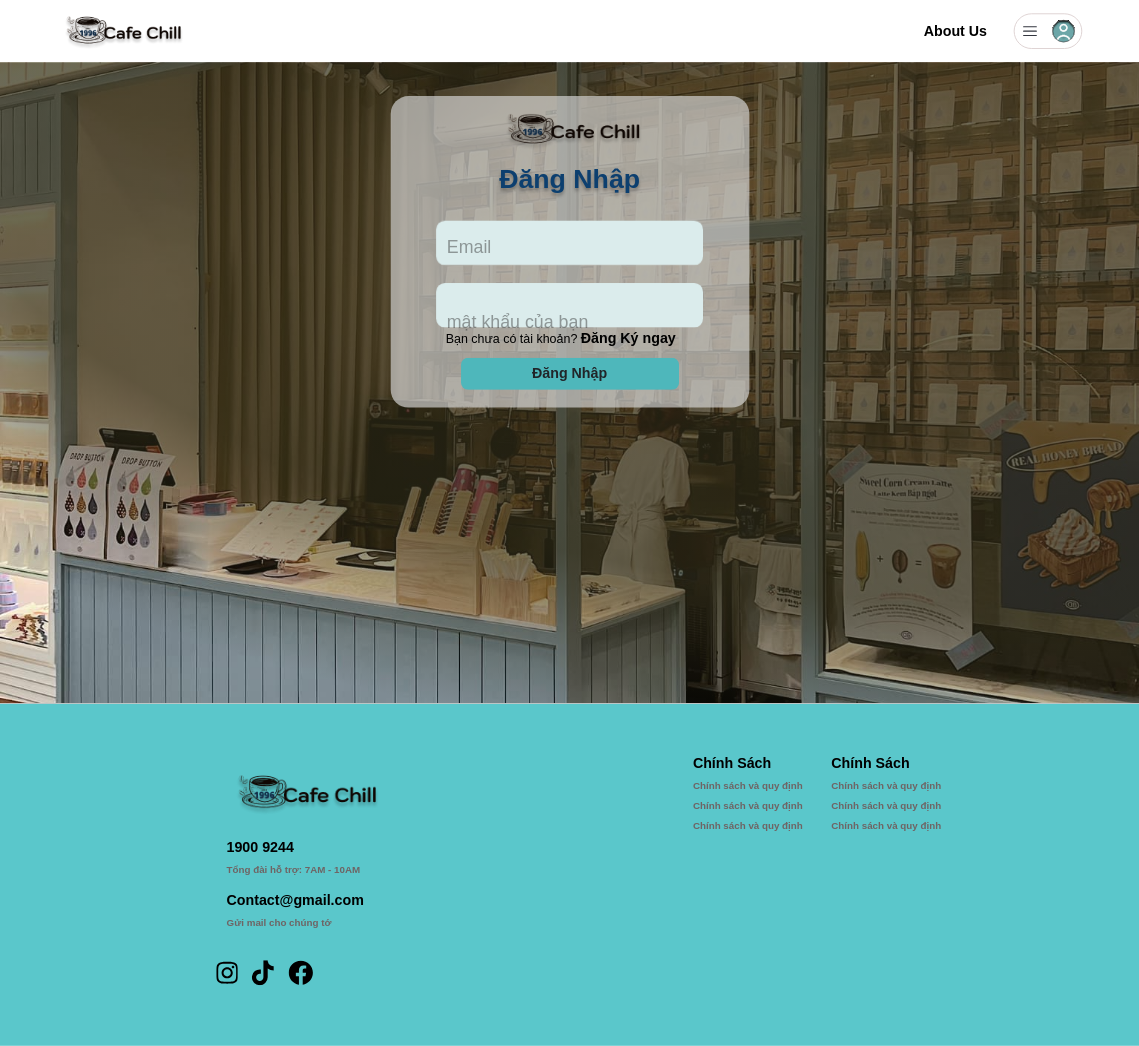
Repository: eriklehnsher/CafeReview-Vue3
Page: /#/login
The author's editor kept a copy of each file at every save. The page is drawn from the files as they stood at one save, then again after the next save.
The browser window is 1280 px wide. The pictures show the whole page, at 89% of full size.
Backgrounds fixed to the window are drawn as part of the page. Some web fonts or font styles are not loaded; a fallback is used. The project was rebuilt for these pictures with package versions that can differ from the ones it lists, and the page was loaded fresh each time. Also part of the build but not shown: vue.config.js, src/HomePage/SearchBox.vue, src/HomePage/ListStores.vue, src/HomePage/LocateStores.vue, src/HomePage/Promos.vue, src/HomePage/HomePage.vue.

Above is the page before, as saved 2023-10-26 19:22:42.

### public/index.html
<!DOCTYPE html>
<html lang="">

<head>
  <meta charset="utf-8">
  <meta http-equiv="X-UA-Compatible" content="IE=edge">
  <meta name="viewport" content="width=device-width,initial-scale=1.0">
  <link rel="icon" href="<%= BASE_URL %>LOGO.ico">
  <link rel="stylesheet" href="https://cdnjs.cloudflare.com/ajax/libs/animate.css/4.1.1/animate.min.css" />
  <title>
   Cafe ChilL
  </title>
</head>

<body>
  <noscript>
    <strong>We're sorry but <%= htmlWebpackPlugin.options.title %> doesn't work properly without JavaScript enabled.
        Please enable it to continue.</strong>
  </noscript>
  <div id="app"></div>
  <!-- built files will be auto injected -->
</body>

</html>

### src/App.vue
<template>
  <Header />

  <router-view class="body__view">

  </router-view>
  <!-- <router-view v-slot="{ Component }" class="body__view">
    <transition

     name="page-slide" mode="out-in"
    >
      <component :is="Component"></component>
    </transition>
  </router-view> -->

  <Footer />
</template>

<script>
import Header from './components/Header.vue'
import "animate.css"
import Footer from './components/Footer.vue'
export default {
  name: 'App',
  components: {
    Header,
    Footer
  }
}
</script>

<style>
@import url('https://fonts.googleapis.com/css2?family=ABeeZee&display=swap');

#app {
  height: auto;
  -webkit-font-smoothing: antialiased;
  -moz-osx-font-smoothing: grayscale;
  font-family: 'ABeeZee', sans-serif;
}
.body__view {
  padding: 38px 28px;
  min-height: calc(100vh - 300px);
}
/* page-fade animation */
.page-opacity-enter-form,
.page-opacity-leave-to {
  opacity: 0;
}

.page-opacity-enter-active,
.page-opacity-leave-active {
  transition: 600ms ease all;
}




/* page-slide animation */
.page-slide-enter-active,
.page-slide-leave-active {
  transition: 400ms ease all;
}
.page-opacity-enter-form,
.page-opacity-leave-to {
  opacity: 0;
  transform: translateY(60px);
}

</style>

### src/assets/scss/index.scss

@import "styles";

// Pages

@import "./Pages/_Header.scss";
@import "./Pages/_HomePage.scss";
@import "./Pages/_Footer.scss";
@import "./pages/LoginPage.scss";
@import "./pages/RegisterPage.scss";

### src/components/Footer.vue
<template>
  <div class="footer">
    <div
      class="footer-container d-flex justify-content-center  align-center"
    >
      <div class="">
        <ul>
          <li><img src="../assets/logo.png" alt="" /></li>
          <li><h2 class="header-footer">1900 9244</h2></li>
          <li>Tổng đài hỗ trợ: 7AM - 10AM</li>
          <li><h2 class="header-footer mt-20px">Contact@gmail.com</h2></li>
          <li>Gửi mail cho chúng tớ</li>
        </ul>

        <div class="p-20px social-icons d-flex gap-3 justify-content-start">
          <svg
            xmlns="http://www.w3.org/2000/svg"
            height="2em"
            viewBox="0 0 448 512"
          >
            <!--! Font Awesome Free 6.4.2 by @fontawesome - https://fontawesome.com License - https://fontawesome.com/license (Commercial License) Copyright 2023 Fonticons, Inc. -->
            <path
              d="M224.1 141c-63.6 0-114.9 51.3-114.9 114.9s51.3 114.9 114.9 114.9S339 319.5 339 255.9 287.7 141 224.1 141zm0 189.6c-41.1 0-74.7-33.5-74.7-74.7s33.5-74.7 74.7-74.7 74.7 33.5 74.7 74.7-33.6 74.7-74.7 74.7zm146.4-194.3c0 14.9-12 26.8-26.8 26.8-14.9 0-26.8-12-26.8-26.8s12-26.8 26.8-26.8 26.8 12 26.8 26.8zm76.1 27.2c-1.7-35.9-9.9-67.7-36.2-93.9-26.2-26.2-58-34.4-93.9-36.2-37-2.1-147.9-2.1-184.9 0-35.8 1.7-67.6 9.9-93.9 36.1s-34.4 58-36.2 93.9c-2.1 37-2.1 147.9 0 184.9 1.7 35.9 9.9 67.7 36.2 93.9s58 34.4 93.9 36.2c37 2.1 147.9 2.1 184.9 0 35.9-1.7 67.7-9.9 93.9-36.2 26.2-26.2 34.4-58 36.2-93.9 2.1-37 2.1-147.8 0-184.8zM398.8 388c-7.8 19.6-22.9 34.7-42.6 42.6-29.5 11.7-99.5 9-132.1 9s-102.7 2.6-132.1-9c-19.6-7.8-34.7-22.9-42.6-42.6-11.7-29.5-9-99.5-9-132.1s-2.6-102.7 9-132.1c7.8-19.6 22.9-34.7 42.6-42.6 29.5-11.7 99.5-9 132.1-9s102.7-2.6 132.1 9c19.6 7.8 34.7 22.9 42.6 42.6 11.7 29.5 9 99.5 9 132.1s2.7 102.7-9 132.1z"
            />
          </svg>
          <svg
            xmlns="http://www.w3.org/2000/svg"
            height="2em"
            viewBox="0 0 448 512"
          >
            <!--! Font Awesome Free 6.4.2 by @fontawesome - https://fontawesome.com License - https://fontawesome.com/license (Commercial License) Copyright 2023 Fonticons, Inc. -->
            <path
              d="M448,209.91a210.06,210.06,0,0,1-122.77-39.25V349.38A162.55,162.55,0,1,1,185,188.31V278.2a74.62,74.62,0,1,0,52.23,71.18V0l88,0a121.18,121.18,0,0,0,1.86,22.17h0A122.18,122.18,0,0,0,381,102.39a121.43,121.43,0,0,0,67,20.14Z"
            />
          </svg>
          <svg
            xmlns="http://www.w3.org/2000/svg"
            height="2em"
            viewBox="0 0 512 512"
          >
            <!--! Font Awesome Free 6.4.2 by @fontawesome - https://fontawesome.com License - https://fontawesome.com/license (Commercial License) Copyright 2023 Fonticons, Inc. -->
            <path
              d="M504 256C504 119 393 8 256 8S8 119 8 256c0 123.78 90.69 226.38 209.25 245V327.69h-63V256h63v-54.64c0-62.15 37-96.48 93.67-96.48 27.14 0 55.52 4.84 55.52 4.84v61h-31.28c-30.8 0-40.41 19.12-40.41 38.73V256h68.78l-11 71.69h-57.78V501C413.31 482.38 504 379.78 504 256z"
            />
          </svg>
        </div>
      </div>
      <div class="d-flex">
        <div class="footer-row1">
          <ul>
            <li><h2 class="header-footer">Chính Sách</h2></li>
            <li>Chính sách và quy định</li>
            <li>Chính sách và quy định</li>
            <li>Chính sách và quy định</li>
          </ul>
        </div>

        <div class="footer-row2 d-flex flex-column">
          <ul>
            <li><h2 class="header-footer">Chính Sách</h2></li>
            <li>Chính sách và quy định</li>
            <li>Chính sách và quy định</li>
            <li>Chính sách và quy định</li>
          </ul>
        </div>
      </div>
    </div>
  </div>
</template>

### src/assets/scss/styles.scss
* {
    margin: 0;
    padding: 0;
}


body {
    margin: 0px;
    position: relative;
    width: 100%;
    color: black;
    height: 100%;
    font-size: 14px;
    line-height: 24px;
    font-weight: 400;

    h1 {
        font-weight: 700;
        font-size: 20px;
        line-height: 28px;
    }
}



//? set margin-size
$sizes: 4px, 8px, 10px, 12px, 14px, 16px, 18px, 20px, 22px, 24px, 40px, 60px, 80px, 200px;

@each $size in $sizes {
    .p-#{$size} {
        padding: $size !important;
    }

    .py-#{$size} {
        padding-top: $size !important;
        padding-bottom: $size !important;
    }

    .pr-#{$size} {
        padding-right: $size !important;
    }

    .px-#{$size} {
        padding-left: $size !important;
        padding-right: $size !important;
    }

    .pt-#{$size} {
        padding-top: $size !important;
    }


    .mb-#{$size} {
        margin-bottom: $size !important;
    }

    .mt-#{$size} {
        margin-top: $size !important;
    }

    .mr-#{$size} {
        margin-right: $size !important;
    }

    .ml-#{$size} {
        margin-left: $size !important;
    }

}

//? flex
@each $size in $sizes {
    .d-flex-#{$size} {
        display: flex;
        gap: $size;
        align-items: center;
    }
}


//? set animation routes
.route-enter-form {
  opacity: 0;
  transform: translateX(100px);
}

.route-enter-active {
  transition: ass 0.4s ease-out;
}
.route-leave-to {
    opacity: 0;
    transition: translateX(-100px);
}
.route-leave-active {
    transition: all 0.3 ease-in;
}

### src/assets/scss/pages/_Header.scss
.header {
    display: flex;
    justify-content: center;
    align-items: center;
    box-shadow: 0px 4px 4px 0px rgba(30, 30, 30, 0.3);
    width: 100%;
    height: 70px;
    background-color: #fff;

    transition: 0.6s;

}

.container {
    padding: 0px 5%;
    max-width: 1440px;
    height: 70px;

}

.logo {
    width: auto;
    height: 70px;
}

.logo:hover {
    cursor: pointer;
}

a {
    font-size: 16px;
    font-weight: 700;
    text-decoration: none;
    color: #000;
    margin-right: 20px;
}

a:hover {
    color: #000;
}

.Author {
    border-radius: 50px;
    border: 1px solid #dbcfcf;
    background: #fff;
    width: auto;
    height: 40px;
    display: inline-flex;
    flex-direction: row;
    justify-content: space-around;
    align-items: center;
    gap: 10px;
    padding: 5px;
}

.Author:hover {
    cursor: pointer;
    box-shadow: 0px 4px 4px 0px rgba(83, 80, 80, 0.25);
}

.dropdown-menu {
    margin-top: 10px;
    right: 5px;
    border: 1px solid #dbcfcf;
    border-radius: 5px;
    box-shadow: 0px 4px 4px 0px rgba(83, 80, 80, 0.25);
}

.dropdown-item {
    font-size: 14px;
    font-weight: 300;
}

.btn-group {
    display: flex;
    flex-direction: row;
    justify-content: space-around;
    align-items: center;
    gap: 10px;
}

//   RESPONSIVE
@media (max-width: 768px) {
    .header {
        padding: 10px;
    }

    .logo {
        height: 60px;
    }

    .Author {
        height: 30px;
        font-size: 14px;
    }

    .dropdown-menu {
        right: 10px;
    }

    .btn-group {
        gap: 5px;
    }
}

/* Truy vấn phương tiện cho màn hình nhỏ hơn 480px */
@media (max-width: 480px) {
    .logo {
        height: 40px;
    }

    .Author {
        height: 20px;
        font-size: 12px;
    }
}

### src/assets/scss/pages/_Footer.scss
.footer {
    width: 100%;

    border-top: 1px solid #c6c6c6;
    padding: 48px 10%;
    background-color: #5ac7cb;

}

ul li {
    color: #6F6464;
    font-family: inherit;
    font-size: 11px;
    font-style: normal;
    font-weight: 700;
    line-height: normal;
    list-style: none;
    margin: 10px 0px;
}


.header-footer {
    color: #000;
    font-family: inherit;
    font-size: 16px;
    font-style: normal;
    font-weight: 700;
    line-height: normal;
}
.footer-container{
    gap: 20rem;
}

### src/assets/scss/pages/LoginPage.scss
.login {
    width: 100%;
    height: 100vh;
    flex-shrink: 0;
    background: radial-gradient(139.26% 110.61% at 99.2% 0.93%, rgba(48, 45, 24, 0.70) 76.83%, rgba(255, 255, 255, 0.00) 100%), url("../images/promo3.jpg"), lightgray 50% / cover no-repeat;
    background-size: cover;
    background-repeat: no-repeat;
    background-attachment: fixed;
    background-position: center center;
}


.login__form {

    width: 403px;
    height: auto;
    flex-shrink: 0;
    border-radius: 20px;
    background: rgba(217, 217, 217, 0.66);
}

.login__form form img {
    width: 165px;
    height: 76px;
    flex-shrink: 0;

}
.input-field {
    position: relative;
}
.input-box {
    width: 300px;
    height: 50px;
    flex-shrink: 0;
    backdrop-filter: blur(2px);
    outline: none;
    border: none;
    border-radius: 10px;
    padding: 7px 45px 0px 20px;
    background-color: rgb(219, 236, 236);
}

.label__login--email {
    position: absolute;
    top: 5px;
    margin: 12px;
    font-size: 20px;
    color: rgba(42, 40, 40, 0.439);
    transition: .3s ease-in-out;
}


.input-box:focus ~ .label__login--email,
.form__control-login:valid~ .label__login--email {
    top: -16px;
    font-size: 12px;
    color: rgb(52, 107, 89);
    font-weight: 400;
}
.label__login--password {
    position: absolute;
    top: 20px;
    margin: 12px;
    font-size: 20px;
    color: rgba(42, 40, 40, 0.439);
    transition: .3s ease-in-out;
}
.input-box:focus ~ .label__login--password,
.form__control-login:valid~ .label__login--password {
    top: 308px;
    font-size: 12px;
    color: rgb(52, 107, 89);
    font-weight: 400;
}

.submit__btn {
    display: flex;
    width: 245px;
    height: 36px;
    padding: 10px 14px;
    justify-content: center;
    align-items: center;
    gap: 10px;
    flex-shrink: 0;
    border-radius: 8px;
    background: #4EB7BB;
    font-weight: 700;
}

### src/assets/scss/pages/RegisterPage.scss
.register {
    width: 100%;
    height: 100vh;
    flex-shrink: 0;
    background: radial-gradient(139.26% 110.61% at 99.2% 0.93%, rgba(48, 45, 24, 0.70) 76.83%, rgba(255, 255, 255, 0.00) 100%), url("../images/promo3.jpg"), lightgray 50% / cover no-repeat;
    background-size: cover;
    background-repeat: no-repeat;
    background-attachment: fixed;
    background-position: center center;
}


.register__form {

    width: 403px;
    height: auto;
    flex-shrink: 0;
    border-radius: 20px;
    background: rgba(217, 217, 217, 0.66);
}

.register__form form img {
    width: 165px;
    height: 76px;
    flex-shrink: 0;

}

.input-box {
    width: 300px;
    height: 50px;
    flex-shrink: 0;
    backdrop-filter: blur(2px);

    outline: none;
    border: none;
    border-radius: 10px;
    padding: 7px 45px 0px 20px;
    background-color: rgb(219, 236, 236);
}
.label__register--username {
    position: absolute;
    top: 250px;
    margin: 12px;
    font-size: 20px;
    color: rgba(42, 40, 40, 0.439);
    transition: .3s ease-in-out;
}
.input-box:focus ~ .label__register--username,
.form__control-register:valid~ .label__register--username {
    top: 235px;
    font-size: 12px;
    color: rgb(52, 107, 89);
    font-weight: 400;
}

.label__register--email {
    position: absolute;
    top: 320px;
    margin: 12px;
    font-size: 20px;
    color: rgba(42, 40, 40, 0.439);
    transition: .3s ease-in-out;
}



.input-box:focus ~ .label__register--email,
.form__control-register:valid~ .label__register--email {
    top: 305px;
    font-size: 12px;
    color: rgb(52, 107, 89);
    font-weight: 400;
}

.label__register--password {
    position: absolute;
    top: 390px;
    margin: 12px;
    font-size: 20px;
    color: rgba(42, 40, 40, 0.439);
    transition: .3s ease-in-out;
}
.input-box:focus ~ .label__register--password,
.form__control-register:valid~ .label__register--password {
    top: 378px;
    font-size: 12px;
    color: rgb(52, 107, 89);
    font-weight: 400;
}
.submit__btn {
    display: flex;
    width: 245px;
    height: 36px;
    padding: 10px 14px;
    justify-content: center;
    align-items: center;
    gap: 10px;
    flex-shrink: 0;
    border-radius: 8px;
    background: #4EB7BB;
    font-weight: 700;
}

### src/pages/LoginPage.vue
<template>
  <div class="login d-flex justify-content-center">
    <div class="">
      <div class="login__form">
        <form
          @submit.prevent="login"
          class="d-flex flex-column align-items-center justify-content-center"
        >
          <img src="../assets/logo.png" alt="" />
          <h2 class="header-title">Đăng Nhập</h2>

          <div class="input-field d-flex flex-column">
            <input
              type="email"
              class="input-box"
              id="exampleInputEmail1"
              required
              v-model="email"
            />
            <label
              for="exampleInputEmail1"
              class="label__login label__login--email"
              >Email</label
            >
          </div>
          <div
            class="input-field d-flex flex-column justify-content-start mt-20px"
          >
            <input
              v-model="password"
              type="password"
              class="input-box"
              id="exampleInputPassword1"
              required
            />
            <label
              for="exampleInputPassword1"
              class="label__login label__login--password"
              >mật khẩu của bạn</label
            >
          </div>
          <span class="span-text"
            >Bạn chưa có tài khoản?
            <router-link class="btn-register" to="/register"
              >Đăng Ký ngay</router-link
            ></span
          >

          <button
            type="submit"
            class="submit__btn mt-10px mb-20px btn about-btn"
          >
            Đăng Nhập
          </button>
        </form>
      </div>
    </div>
  </div>
</template>
<script>
export default {
  data () {
    return {
      username: '',
      password: ''
    }
  },
  methods: {
    login () {
      this.$store.dispatch('auth/login', {
        email: this.email,
        password: this.password
      })
      // Kiểm tra thông tin đăng nhập ở đây (ví dụ: so sánh với thông tin lưu trữ trong Local Storage)
      // Nếu thông tin đúng, lưu trạng thái đăng nhập và chuyển hướng người dùng đến trang khác
      // Nếu thông tin không đúng, hiển thị thông báo lỗi
    }
  }
}
</script>

Loaded but not shown: src/main.js (23 lines, source omitted); src/router.js (29 lines, source omitted); src/stores.js (26 lines, source omitted); src/components/Header.vue (134 lines, source omitted); src/assets/scss/pages/_HomePage.scss (394 lines, source omitted)

After the next save:
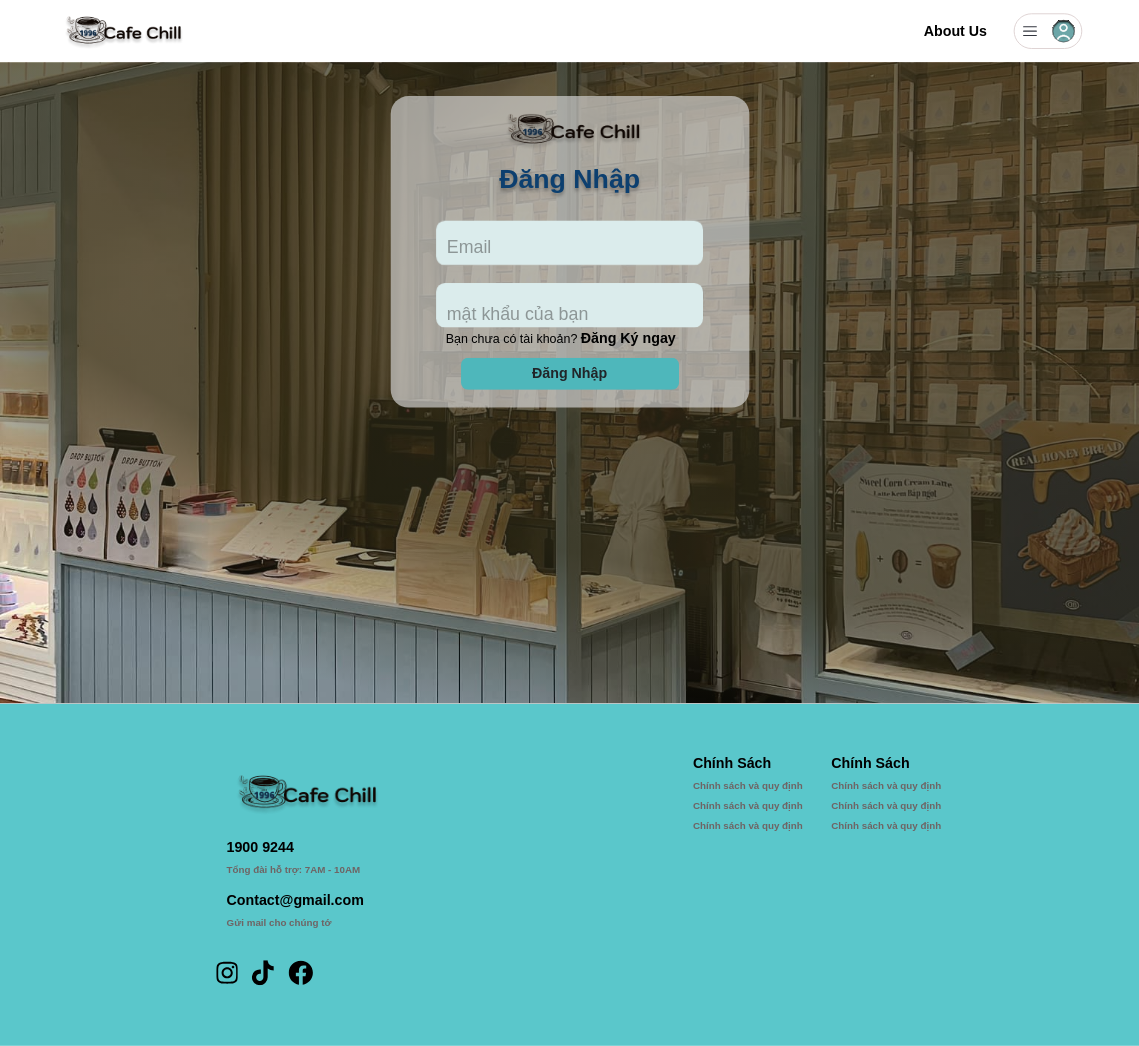
Saved 5 s later.
--- a/src/assets/scss/pages/LoginPage.scss
+++ b/src/assets/scss/pages/LoginPage.scss
@@ -59,7 +59,7 @@
 }
 .label__login--password {
     position: absolute;
-    top: 20px;
+    top: 10px;
     margin: 12px;
     font-size: 20px;
     color: rgba(42, 40, 40, 0.439);
